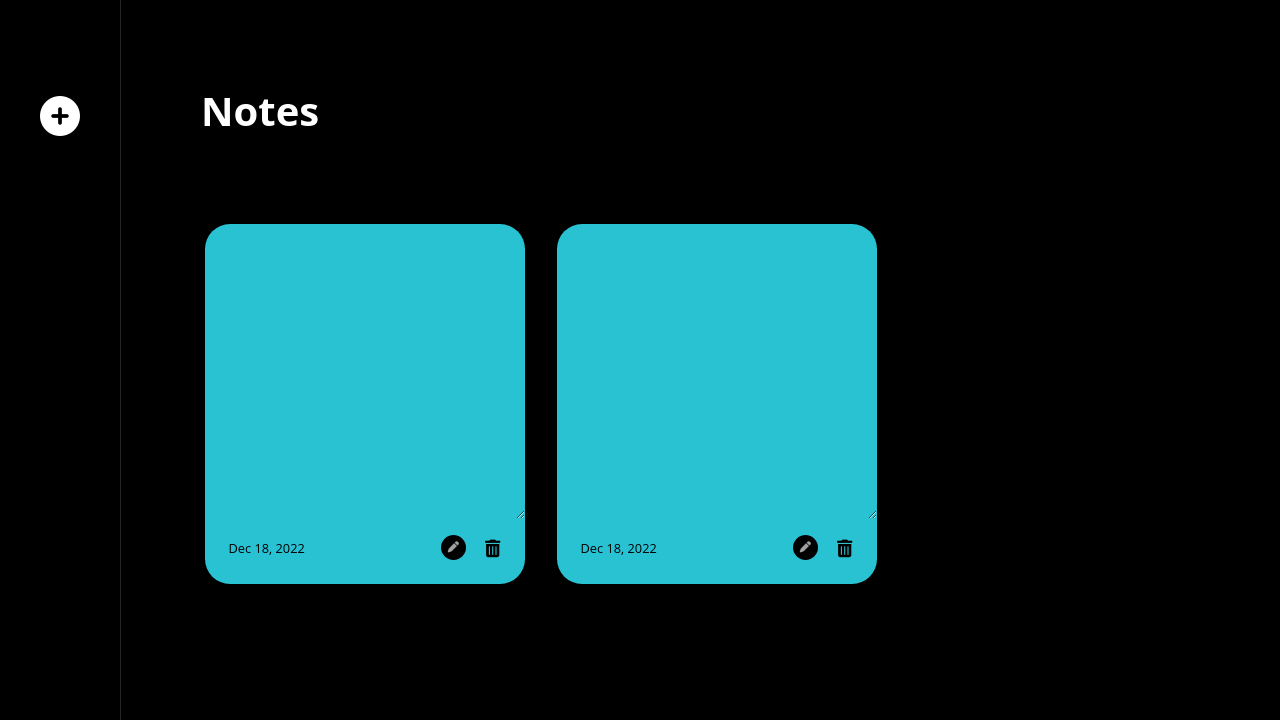
Repository: emiliaiwu/notes_app
Page: index.html
These files come from the project's save history. The page is drawn as it stood at one moment and after the next save; the edit follows.
The browser window is 1280 px wide. The pictures show the whole page.
An inner scrolling area shows only its first screen. Some web libraries are served in a nearby version.

Above is the page before, as saved 2022-12-21 01:04:08.

After the next save:
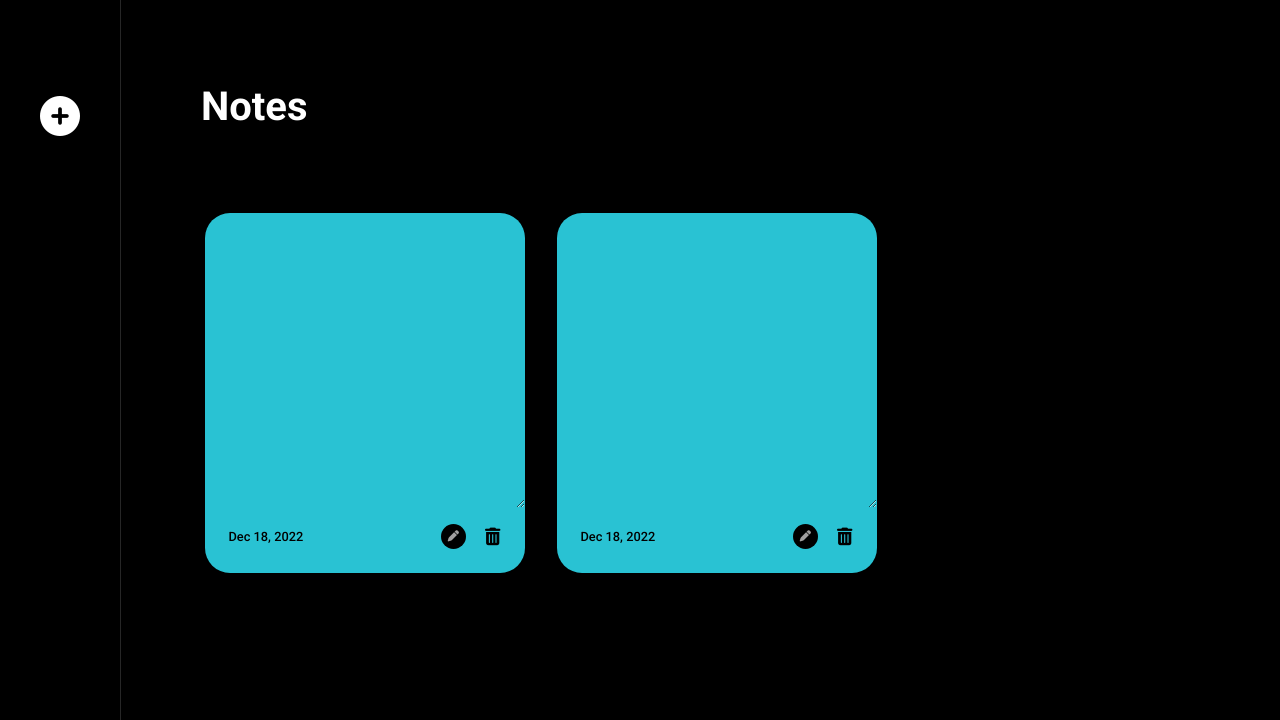
Saved 8 s later.
--- a/style.css
+++ b/style.css
@@ -10,7 +10,7 @@
 }
 
 body {
-    font-family: 'Open Sans', sans-serif;
+    font-family: 'Roboto', sans-serif;
     width: 100vw;
     height: 100vh;
     background-color: #000;
